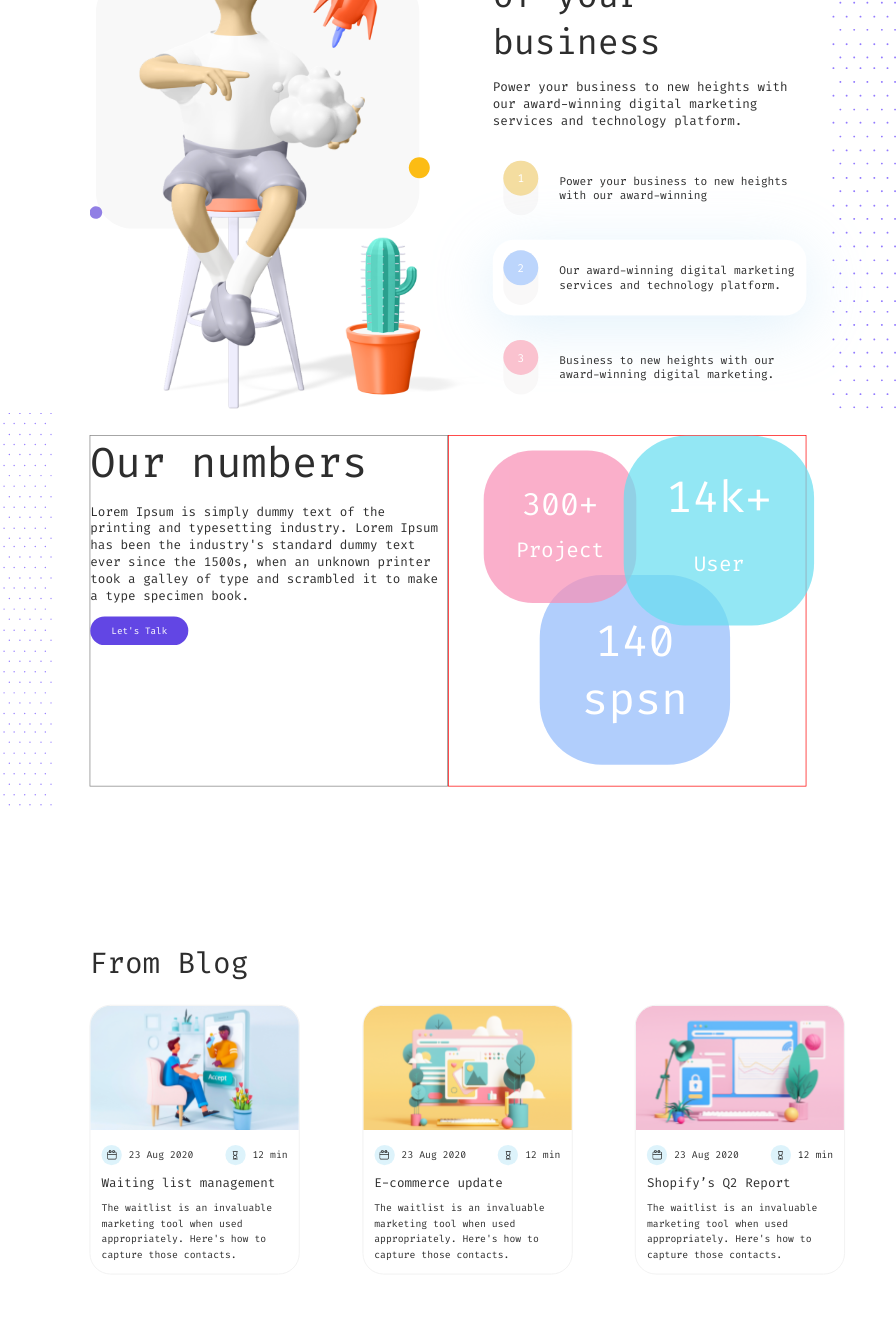
Repository: devdahcoder/noren
Page: index.html
An editor plug-in stored every save of this project. The page is shown before and after the next save, followed by the edit.
The browser window is 1280 px wide. The pictures show the part of the page from y = 1561 to 3481 px (the page is 4720 px tall), at 70% of full size.
The style sheet was rebuilt from its Sass, Less or Tailwind sources for each picture, by a compiler version that may differ from the author's.

Above is the page before, as saved 2020-12-23 14:39:32.

After the next save:
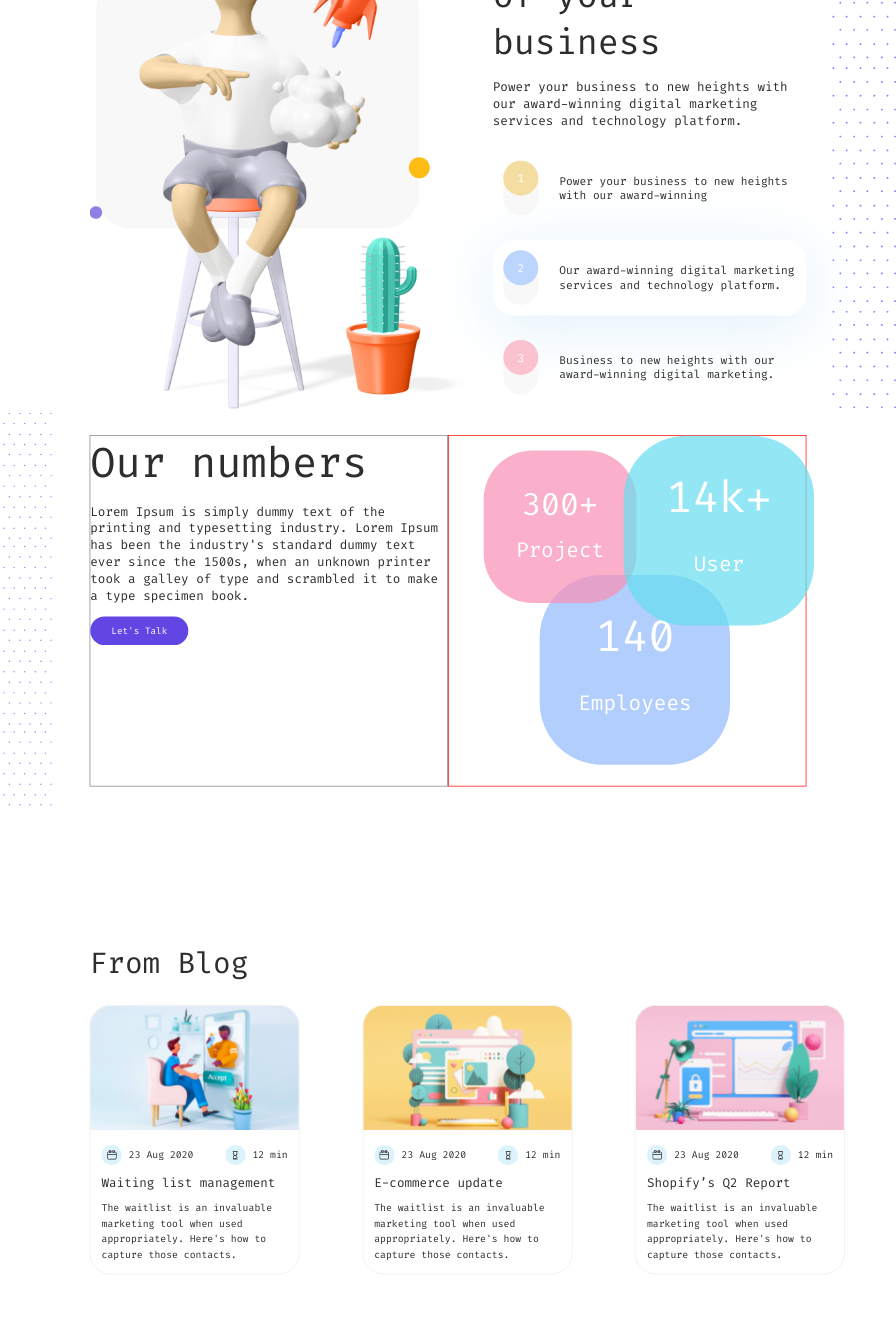
Saved 7 s later.
--- a/index.html
+++ b/index.html
@@ -199,7 +199,7 @@
                 </div>
 
                 <div class="company-numbers bottom">
-                    <p>140 spsn</p>
+                    <p>140 <span>Employees</span></p>
                 </div>
             </div>
         </div>
